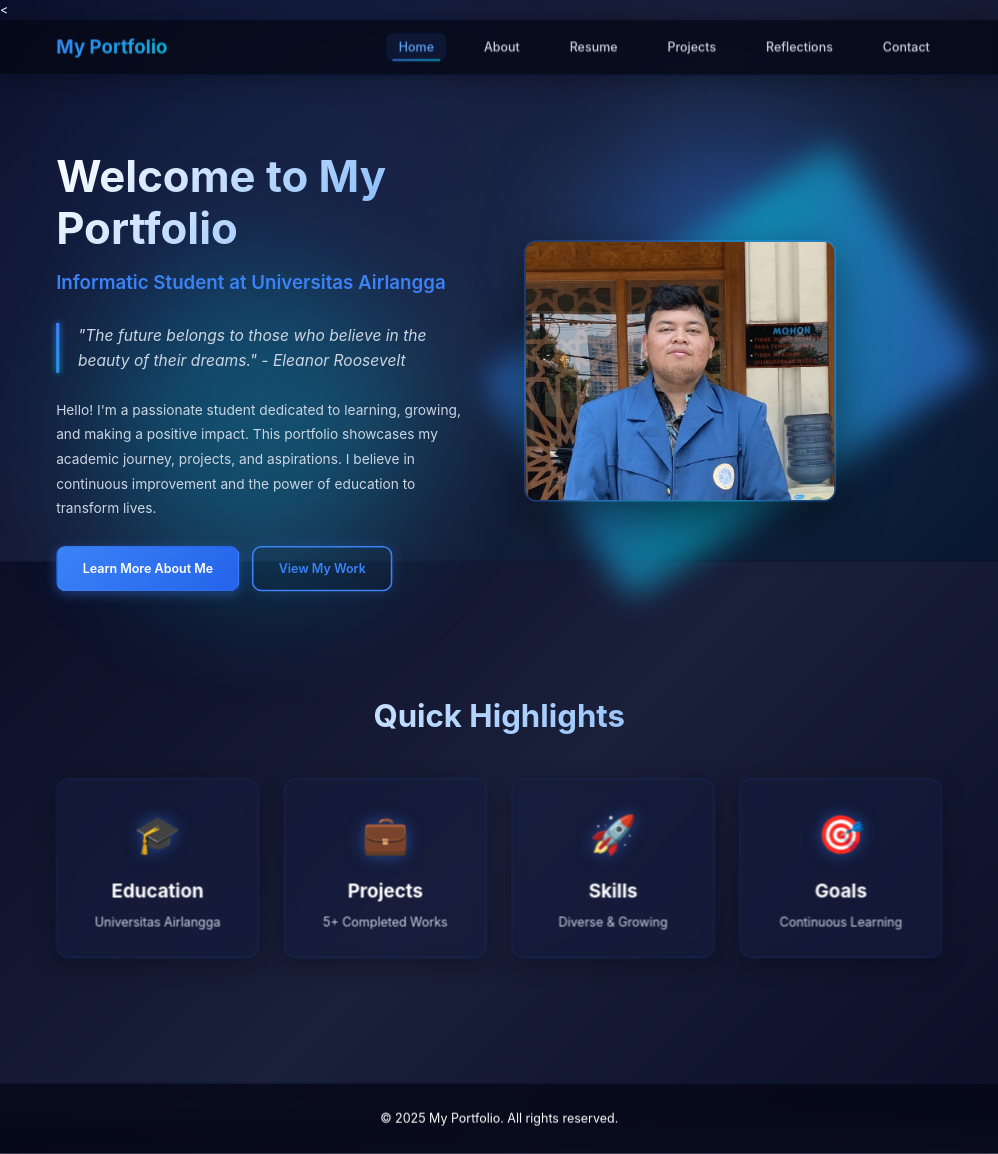
Repository: Anggaaa2006/Portofolio
Page: index.html
The author's editor kept a copy of each file at every save. The page is drawn from the files as they stood at one save, then again after the next save.
The browser window is 1280 px wide. The pictures show the whole page, at 78% of full size.
Backgrounds fixed to the window are drawn as part of the page.

Above is the page before, as saved 2025-10-06 18:55:30.

After the next save:
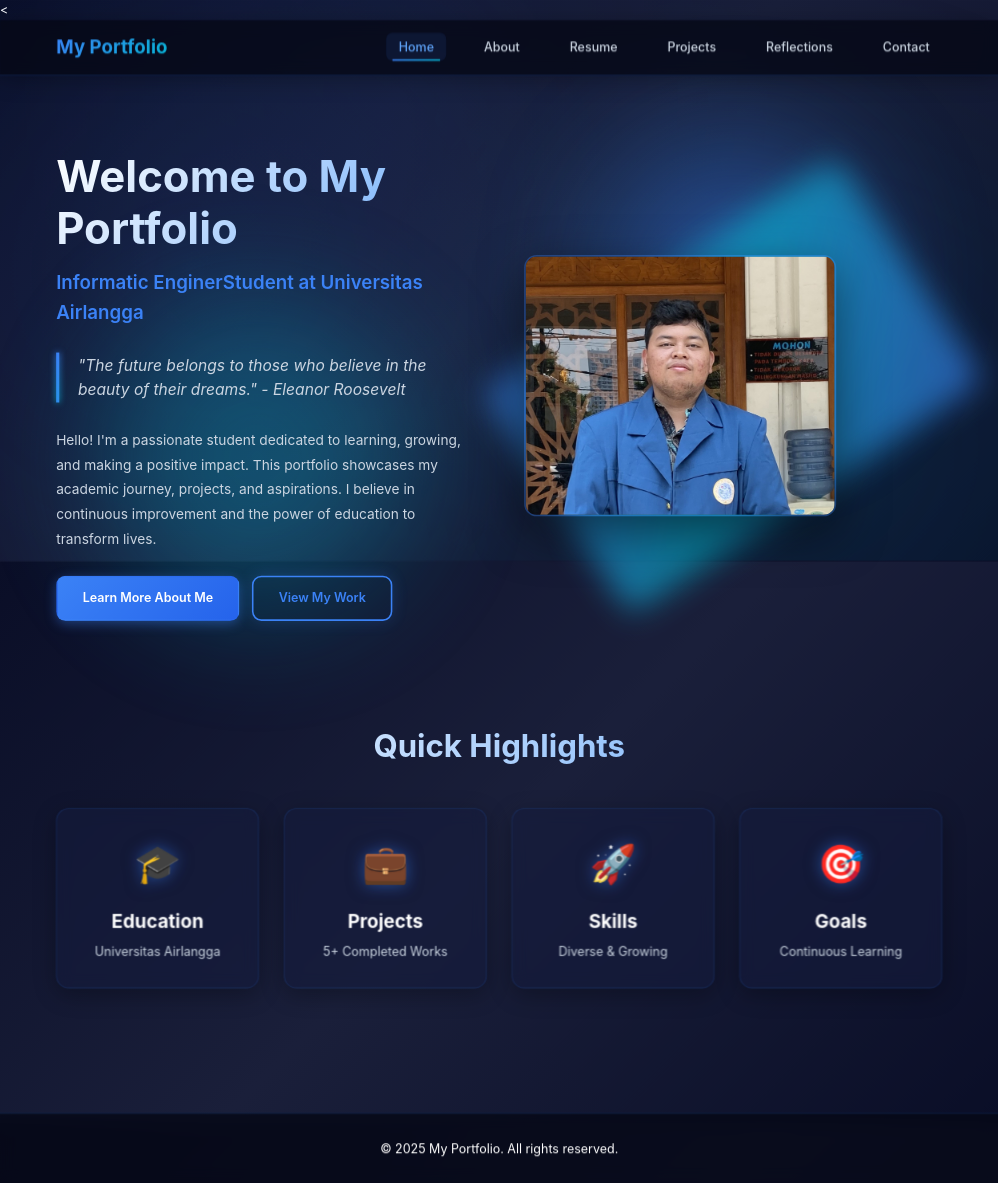
Saved 6 s later.
--- a/index.html
+++ b/index.html
@@ -31,7 +31,7 @@
             <div class="hero-content">
                 <div class="hero-text">
                     <h1 class="hero-title">Welcome to My Portfolio</h1>
-                    <p class="hero-subtitle">Informatic Student at Universitas Airlangga</p>
+                    <p class="hero-subtitle">Informatic EnginerStudent at Universitas Airlangga</p>
                     <blockquote class="hero-quote">
                         "The future belongs to those who believe in the beauty of their dreams."
                         <span class="quote-author">- Eleanor Roosevelt</span>
